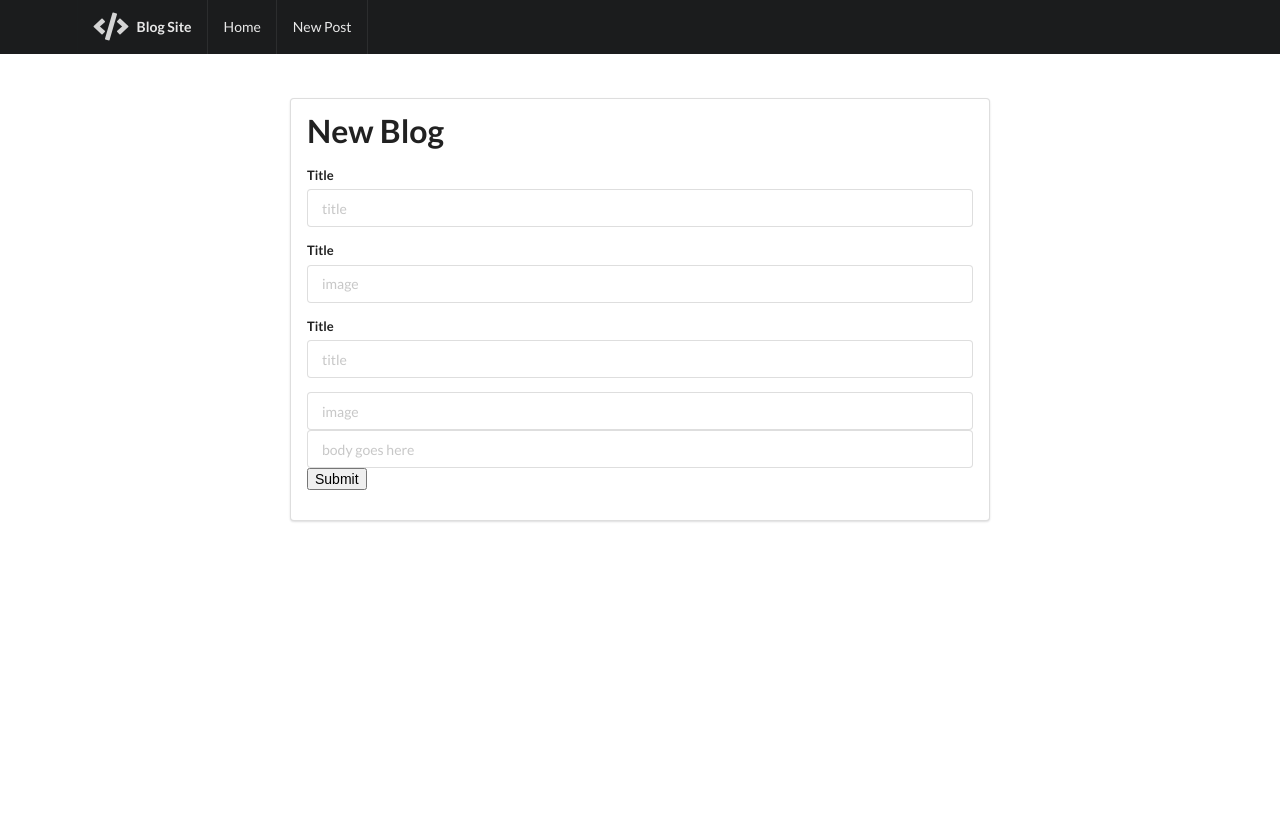
Repository: itsSYBruce/Redfin-Food-Truck
Page: http://localhost/blogs/new
The author's editor kept a record of every edit. The page is drawn from the files as they stood at one moment, then again after the next edit.
The browser window is 1280 px wide. The pictures show the whole page.
Some web libraries are served in a nearby version. The page is served by the project's Node server (RESTful Routing/RESTfulBlogApp/app.js).

Above is the page before.

After the next edit:
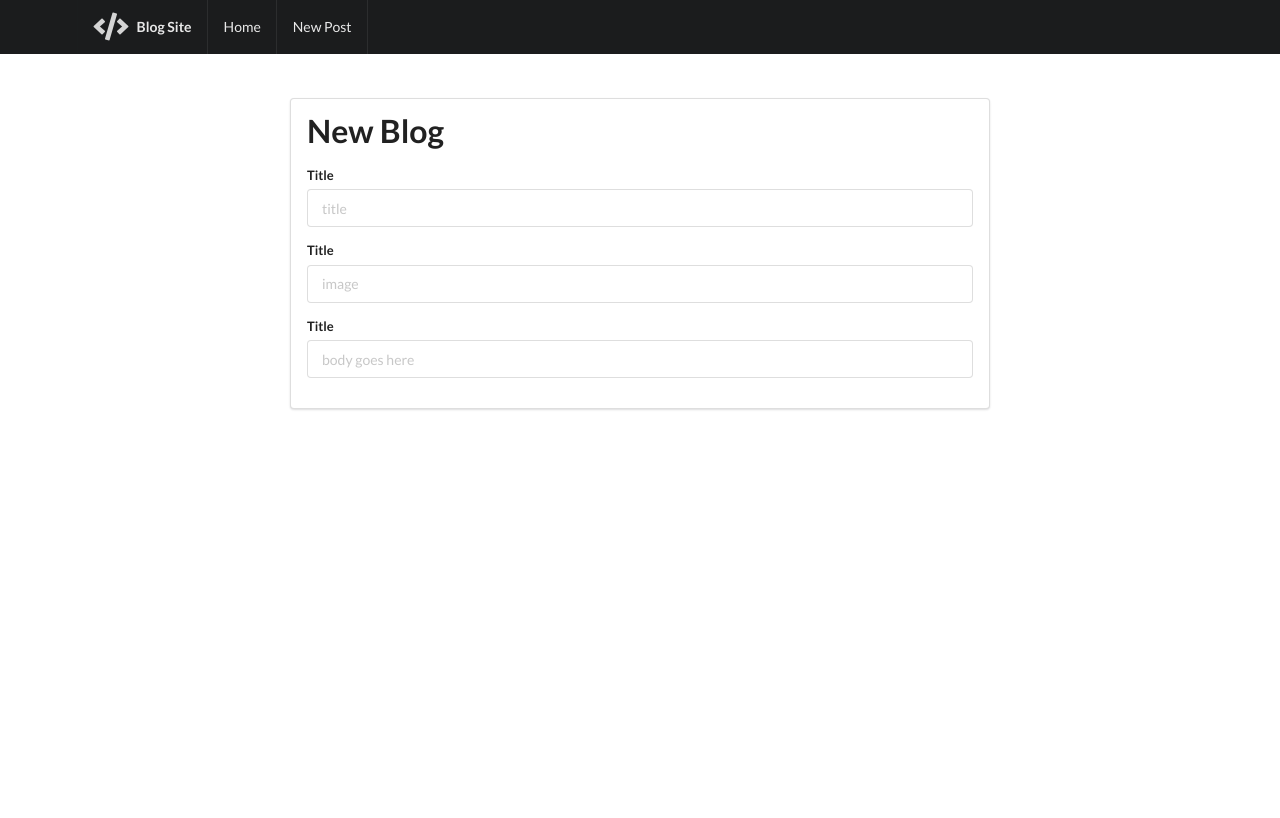
The edit:
--- a/rulev bs4/RESTful Routing/RESTfulBlogApp/views/new.ejs
+++ b/rulev bs4/RESTful Routing/RESTfulBlogApp/views/new.ejs
@@ -20,12 +20,12 @@
             <label>
                 Title
             </label>
-            <input type= "text" name = "blog[title]" placeholder = "title">
+            <input type= "text" name = "blog[body]" placeholder = "body goes here">
+        </div>
+        <div>
+
         </div>
 
-        <input type= "text" name = "blog[image]" placeholder = "image">
-        <input type= "text" name = "blog[body]" placeholder = "body goes here">
-        <input type= "submit">
     </form>
 </div>
 
